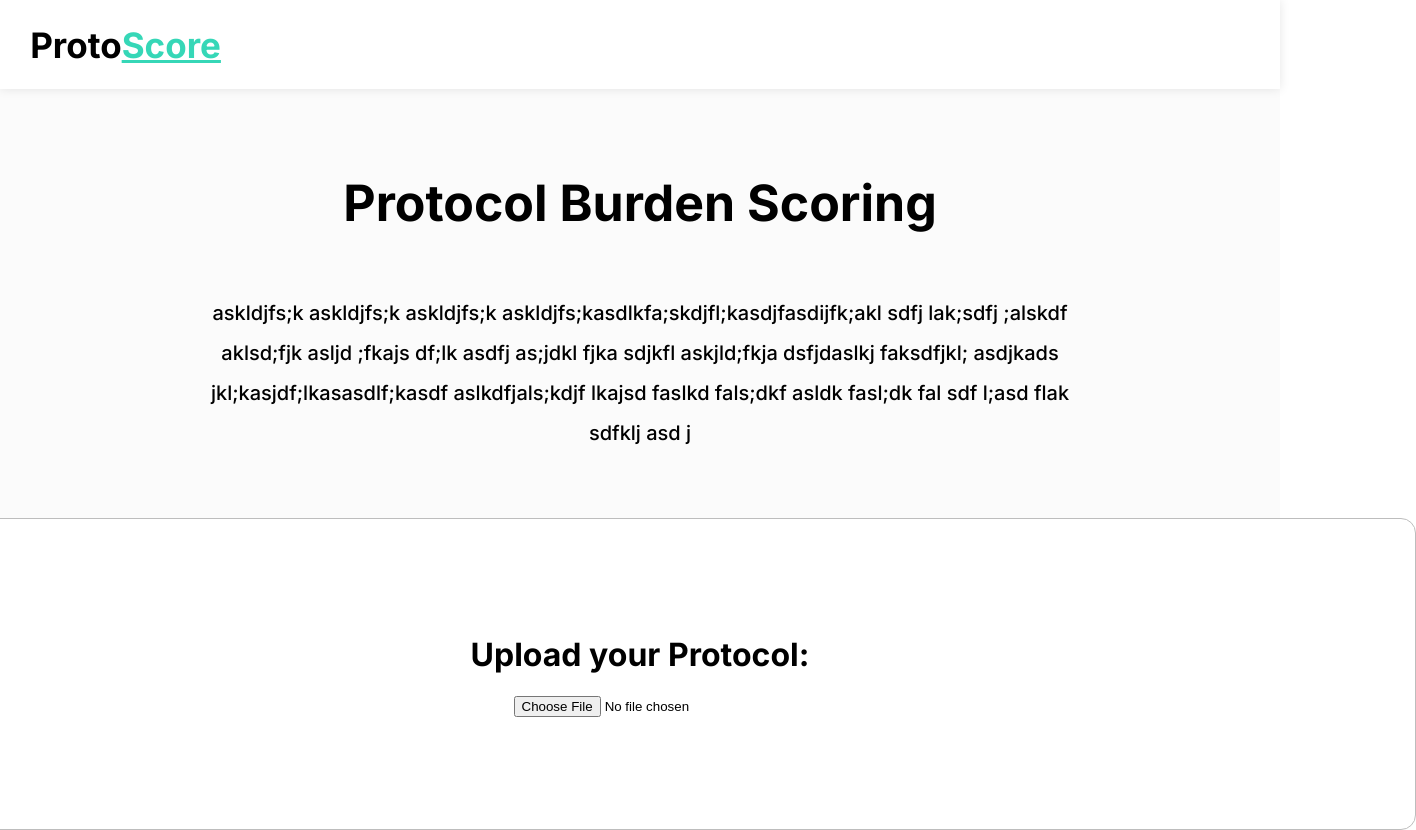
Repository: evanc108/Regeneron2024
Page: / (app in regeneron/)
An editor plug-in stored every save of this project. The page is shown before and after the next save, followed by the edit.
The browser window is 1280 px wide. The page is 1416 px wide, then 1377 px, so the pictures cover 1416 px, including what lies to the right of the window. The pictures show the whole page.
The project was rebuilt for these pictures with package versions that can differ from the ones it lists, and the page was loaded fresh each time.

Above is the page before, as saved 2024-05-14 02:32:16.

### regeneron/src/App.js
import './App.css';
import React, { useState } from 'react';
import Feedback from './pages/Feedback';


function App() {
  return (
    <div className="App">
      <div style={{backgroundColor: "white", width: "100%", padding: "0.2px", boxShadow: "0px 0px 10px rgba(0, 0, 0, 0.1)"}}>
        <h1 style={{ marginLeft: "30px", fontSize: "35px", textAlign: "left"}}>
          <span style={{color: "black"}}>Proto</span>
          <span style={{color: "#36d7b7", textDecoration: "underline"}}>Score</span>
        </h1>
      </div>


      {/* <input value={inputValue} onChange={handleChange}></input>
      <button onClick={sendRequest}>Click me</button>
      <div>
        <p>Physical Burden: {burden.physical}</p>
        <p>Logistical Burden: {burden.logistical}</p>
        <p>Financial: {burden.financial}</p>
        <p>Psychological Burden: {burden.psychological}</p>
      </div> */}
      <Feedback></Feedback>
    </div>
  );
}

export default App;

### regeneron/src/App.css
.App {
  text-align: center;
  background-color: #fbfbfb;
  margin: 0;
  height: 110vh;
}

body {
  font-family: 'Inter', sans-serif;
  margin: 0;
  padding: 0;
  height: 110vh;
}

.App-logo {
  height: 40vmin;
  pointer-events: none;
}

@media (prefers-reduced-motion: no-preference) {
  .App-logo {
    animation: App-logo-spin infinite 20s linear;
  }
}

.App-header {
  background-color: #282c34;
  min-height: 100vh;
  display: flex;
  flex-direction: column;
  align-items: center;
  justify-content: center;
  font-size: calc(10px + 2vmin);
  color: white;
}

.App-link {
  color: #61dafb;
}

@keyframes App-logo-spin {
  from {
    transform: rotate(0deg);
  }
  to {
    transform: rotate(360deg);
  }
}

### regeneron/src/pages/Feedback.js
import React, { useState } from 'react';
import '../styles/feedback.css';
import { handleExtraction } from '../openAIServices';
import { PropagateLoader } from 'react-spinners';

function Feedback() {
    const [fileUploaded, setFileUploaded] = useState(false);
    const [loading, setLoading] = useState(false);
    const [burden, setBurden] = useState({});
    const [pdfUrl, setPdfUrl] = useState("");

    const handleFileUpload = async (text) => {
        setLoading(true);
        // Uncomment and use when API is connected
        // const response = await handleExtraction(text);
        // setBurden(response);
        setFileUploaded(true);
        setLoading(false);
    };

    function extractText(event) {
        const file = event.target.files[0];
        if (file) {
            const url = URL.createObjectURL(file);
            setPdfUrl(url);
            setFileUploaded(true);

            const reader = new FileReader();
            reader.onload = async (e) => {
                const text = await reader.result;
                console.log(text);
                handleFileUpload(text);
            };
            reader.readAsText(file);
        }
    }

    return (
        <div className="feedback-container">
            {!fileUploaded && (
                <div style={{display:"flex", flexDirection:"column", justifyContent:"center", alignItems:"center", marginTop:"5%"}}>
                    <div className="onboarding">
                        <h1 style={{fontSize:"50px", marginBottom:"40px"}}>Protocol Burden Scoring</h1>
                        <p style={{textOverflow: "ellipsis", whiteSpace: "normal", width: "900px", lineHeight:"40px"}}>
                            askldjfs;k askldjfs;k askldjfs;k askldjfs;kasdlkfa;skdjfl;kasdjfasdijfk;akl sdfj lak;sdfj ;alskdf aklsd;fjk asljd ;fkajs df;lk asdfj as;jdkl fjka sdjkfl askjld;fkja dsfjdaslkj faksdfjkl; asdjkads jkl;kasjdf;lkasasdlf;kasdf aslkdfjals;kdjf lkajsd faslkd fals;dkf asldk fasl;dk fal sdf l;asd flak sdfklj asd j</p>
                    </div>
                    <div className='upload-file'>
                        {!fileUploaded && !loading && (
                            <div>
                                <h1>Upload your Protocol:</h1>
                                <input
                                    type="file"
                                    accept=".pdf"
                                    onChange={extractText}
                                />
                            </div>
                        )}
                        {loading && (
                            <div style={{ marginTop: "30px" }}>
                                <h2>Calculating Burden...</h2>
                                <PropagateLoader color="#36d7b7" />
                            </div>
                        )}
                    </div>
                </div>
            )}

            {fileUploaded && !loading && (
                <div className="protocol-container">
                    <div className="iframe-container">
                        <iframe src={pdfUrl} style={{ width: '100%', height: '100%' }}></iframe>
                    </div>
                </div>
            )}
            {fileUploaded && !loading && (
                <div className="score-container">
                    <div>
                        <p style={{ fontSize: '17px', fontWeight: '300', marginBottom: '-3px' }}>Burden Score</p>
                        <span style={{ fontSize: '50px', fontWeight: '600' }}>{burden.score || 'N/A'}</span>
                    </div>
                </div>
            )}
        </div>
    );
}

export default Feedback;

### regeneron/src/styles/feedback.css
.feedback-container {
    display: flex;
    flex-direction: row;
    justify-content: center;
    margin-top: -2.5%;
}

.onboarding {
    font-size: 20px;
    font-weight: 500;
    margin-top: 2%;
    display: flex;
    flex-direction: column;
    justify-content: center;
    align-items: center;
}

.upload-file {
    border-color: rgb(189, 189, 189);
    border-width: 1px;
    border-style: solid;
    padding-left: 100px;
    padding-right: 100px;
    width: 150%;
    height: 30vh;
    margin-top: 5%;
    border-radius: 15px;
    background-color: white;
    overflow: hidden;
    padding-top: 10.5%;
}

.protocol-container {
    border-color: rgb(189, 189, 189);
    border-width: 1px;
    border-style: solid;
    padding-left: 100px;
    padding-right: 100px;
    width: 40%;
    height: 68vh;
    margin-top: 5%;
    border-radius: 15px;
    background-color: white;
    overflow: hidden;
    padding-top: 10.5%;
}

.score-container {
    border-color: rgb(189, 189, 189);
    border-width: 1px;
    border-style: solid;
    padding: 100px;
    width: 10%;
    height: 65.3vh;
    margin-top: 5%;
    border-radius: 15px;
    background-color: white;
    margin-left: 30px;
}

.score {
    font-size: large;
}

.unique-score {
    font-size: 86px;
    font-weight: 500;
}


.iframe-container {
    top: -28%;
    width: 130%;
    left: -15%;
    height: 150%;  /* Adjust height as needed */
    overflow: hidden;
    position: relative;
}

Loaded but not shown: regeneron/public/index.html (common file); regeneron/src/index.js (common file); regeneron/src/openAIServices.js (no copy from this time; the picture is the same without it)

After the next save:
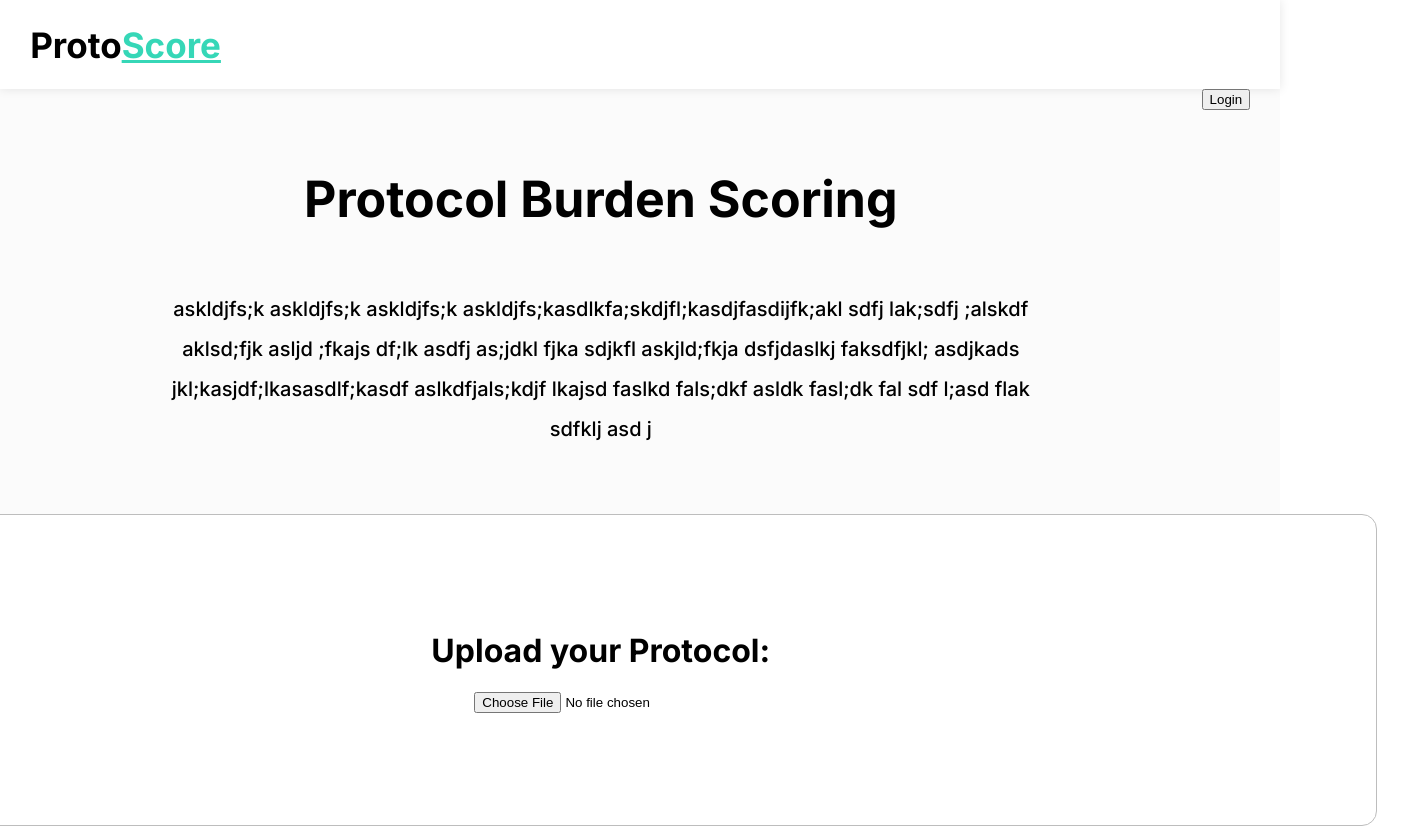
Saved 83 s later.
--- a/regeneron/src/App.js
+++ b/regeneron/src/App.js
@@ -11,6 +11,7 @@ function App() {
           <span style={{color: "black"}}>Proto</span>
           <span style={{color: "#36d7b7", textDecoration: "underline"}}>Score</span>
         </h1>
+        <button style={{float: "right", marginRight: "30px"}}>Login</button>
       </div>
 
 
